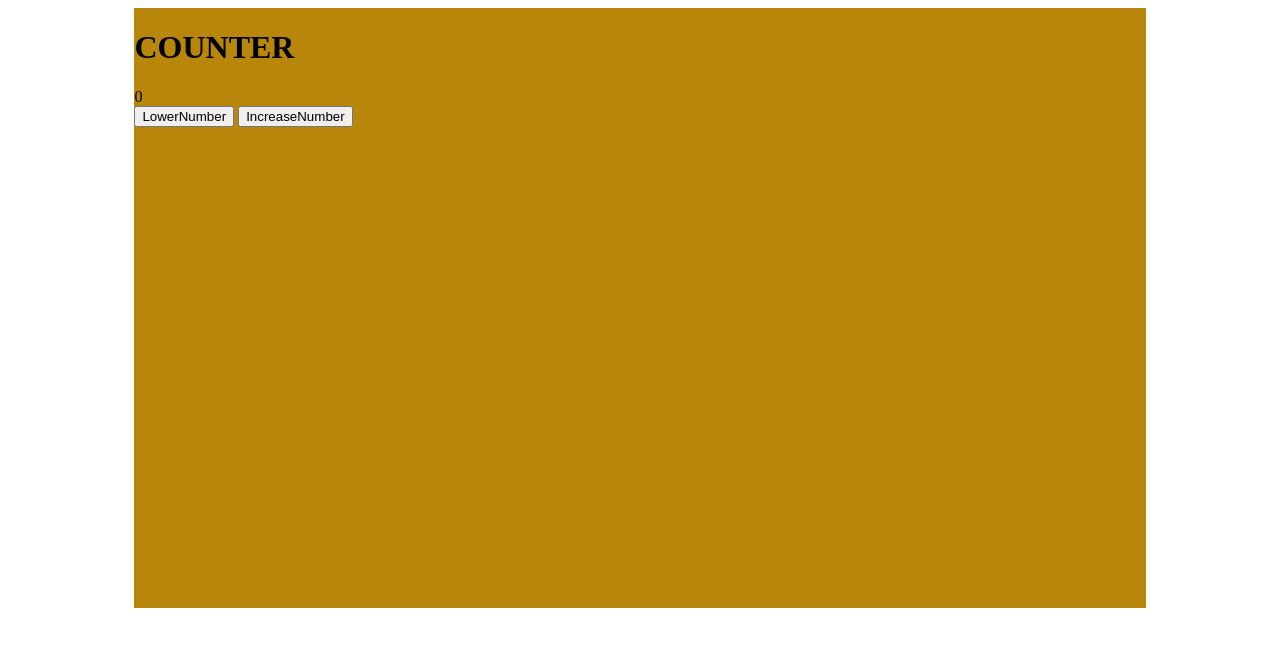
Repository: Sgalstyan06/counterNum
Page: index.html
These files come from the project's save history. The page is drawn as it stood at one moment and after the next save; the edit follows.
The browser window is 1280 px wide. The pictures show the whole page.

Above is the page before, as saved 2022-02-14 16:46:16.

After the next save:
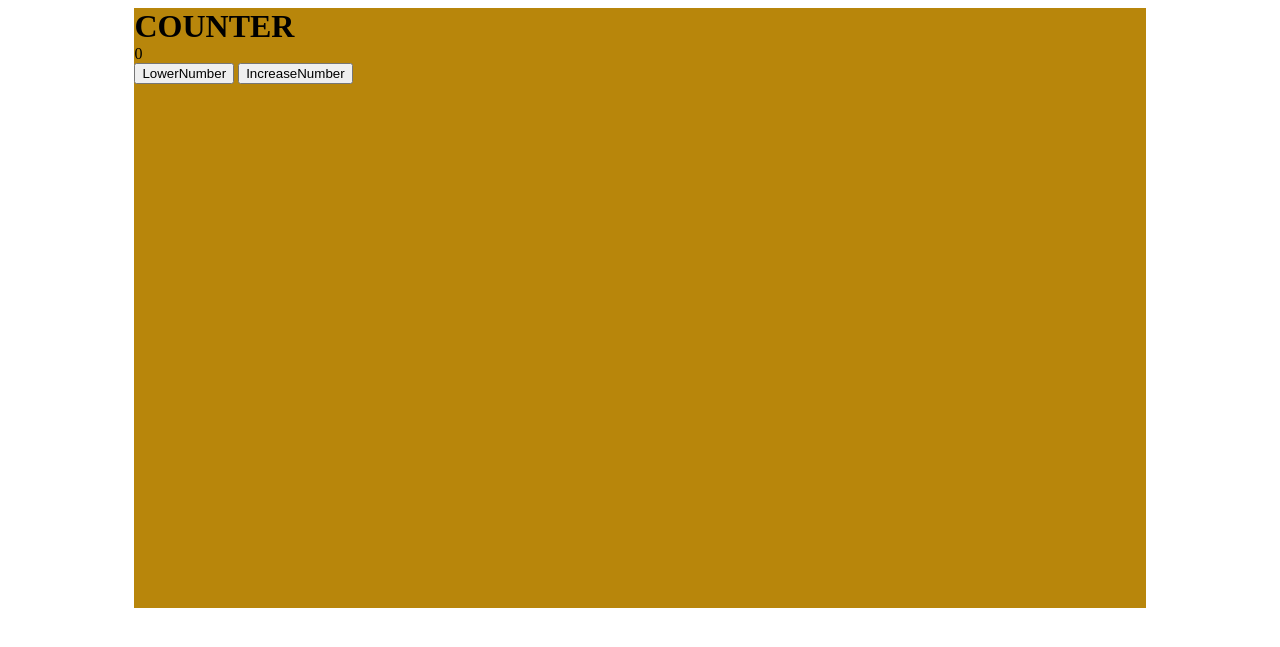
Saved 5 s later.
--- a/style.css
+++ b/style.css
@@ -7,5 +7,5 @@
     flex-direction: column;
 }
 h1{
-    ma
+    margin: 0 auto;
 }
